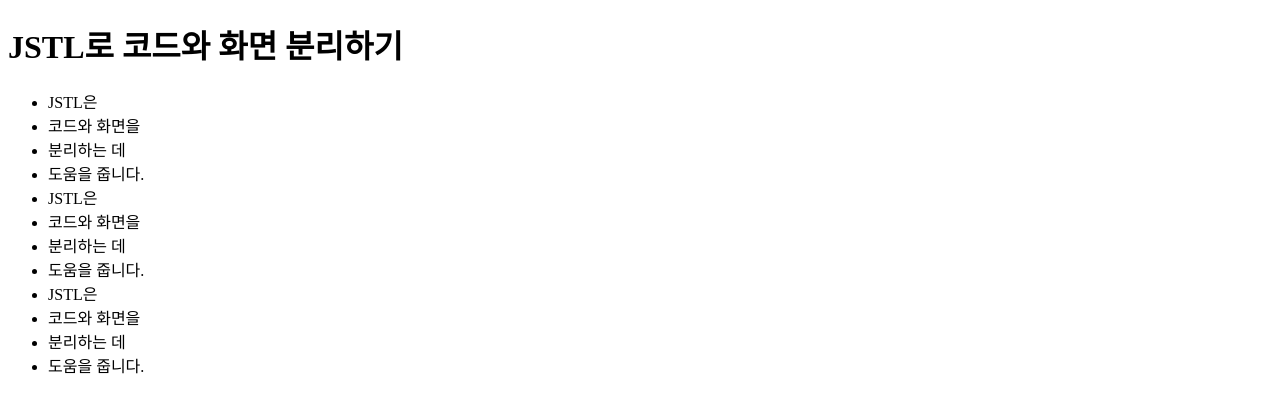
Repository: 1plus1equals3-true/Board-Project
Page: http://localhost/jsp/test/test2.jsp
These files come from the project's save history. The page is drawn as it stood at one moment and after the next save; the edit follows.
The browser window is 1280 px wide. The pictures show the whole page.
The page is served by Tomcat 9.

Above is the page before, as saved 2025-09-15 04:37:47.

After the next save:
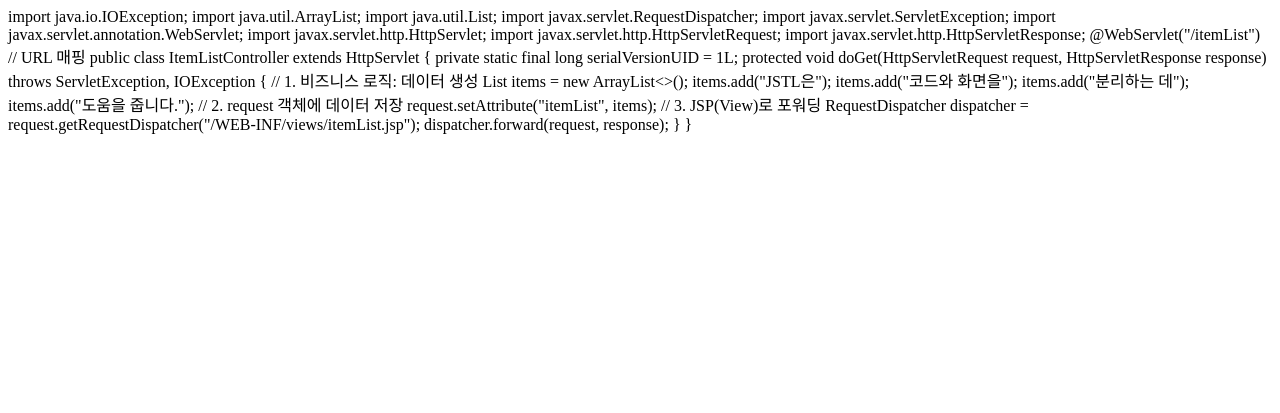
Saved 3 min 57 s later.
--- a/jsp/src/main/webapp/test/test2.jsp
+++ b/jsp/src/main/webapp/test/test2.jsp
@@ -1,41 +1,35 @@
-<%@ page language="java" contentType="text/html; charset=UTF-8" pageEncoding="UTF-8"%>
-<%@ taglib prefix="c" uri="http://java.sun.com/jsp/jstl/core"%>
-<%@ page import="java.util.ArrayList"%>
-<%@ page import="java.util.List"%>
+<%@ page language="java" contentType="text/html; charset=UTF-8"
+    pageEncoding="UTF-8"%>
 
-<%
-    // 비즈니스 로직: 데이터 생성
-    List<String> items = new ArrayList<>();
-    items.add("JSTL은");
-    items.add("코드와 화면을");
-    items.add("분리하는 데");
-    items.add("도움을 줍니다.");
-    items.add("JSTL은");
-    items.add("코드와 화면을");
-    items.add("분리하는 데");
-    items.add("도움을 줍니다.");
-    items.add("JSTL은");
-    items.add("코드와 화면을");
-    items.add("분리하는 데");
-    items.add("도움을 줍니다.");
+import java.io.IOException;
+import java.util.ArrayList;
+import java.util.List;
+import javax.servlet.RequestDispatcher;
+import javax.servlet.ServletException;
+import javax.servlet.annotation.WebServlet;
+import javax.servlet.http.HttpServlet;
+import javax.servlet.http.HttpServletRequest;
+import javax.servlet.http.HttpServletResponse;
 
-    // request 객체에 데이터 저장
-    request.setAttribute("itemList", items);
-%>
+@WebServlet("/itemList") // URL 매핑
+public class ItemListController extends HttpServlet {
+    private static final long serialVersionUID = 1L;
 
-<!DOCTYPE html>
-<html>
-<head>
-    <meta charset="UTF-8">
-    <title>JSTL 예시</title>
-</head>
-<body>
-    <h1>JSTL로 코드와 화면 분리하기</h1>
-    <ul>
-        <%-- JSTL을 이용한 화면 출력 --%>
-        <c:forEach var="item" items="${itemList}">
-            <li>${item}</li>
-        </c:forEach>
-    </ul>
-</body>
-</html>
+    protected void doGet(HttpServletRequest request, HttpServletResponse response)
+            throws ServletException, IOException {
+
+        // 1. 비즈니스 로직: 데이터 생성
+        List<String> items = new ArrayList<>();
+        items.add("JSTL은");
+        items.add("코드와 화면을");
+        items.add("분리하는 데");
+        items.add("도움을 줍니다.");
+
+        // 2. request 객체에 데이터 저장
+        request.setAttribute("itemList", items);
+
+        // 3. JSP(View)로 포워딩
+        RequestDispatcher dispatcher = request.getRequestDispatcher("/WEB-INF/views/itemList.jsp");
+        dispatcher.forward(request, response);
+    }
+}
